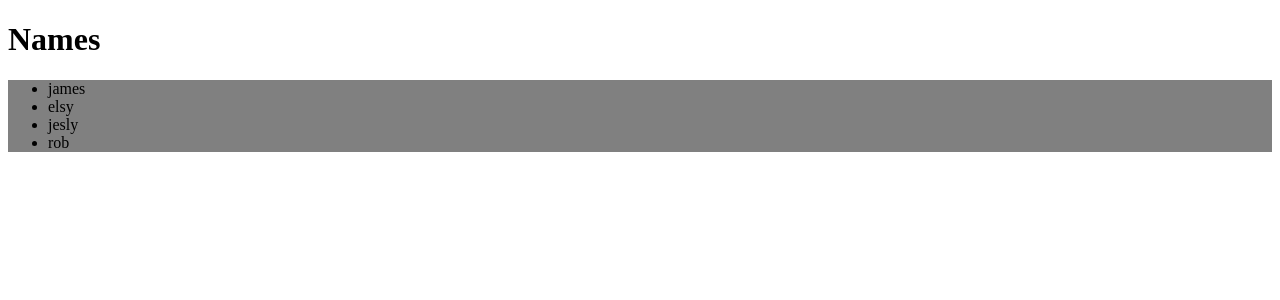
Repository: Akhilanishith/phpprojectgh
Page: http://localhost/names.php
An editor plug-in stored every save of this project. The page is shown before and after a run of saves, followed by the edit.
The browser window is 1280 px wide. The pictures show the whole page.
The page is run by PHP 8.4 with error messages shown; the project is at /var/www/html/.

Above is the page before, as saved 2022-12-14 12:40:31.

### names.php
<?php
$names=['james','elsy', 'jesly','rob',];
?>


<!DOCTYPE html>
<html lang="en">
<head>
    <meta charset="UTF-8">
    <meta http-equiv="X-UA-Compatible" content="IE=edge">
    <meta name="viewport" content="width=device-width, initial-scale=1.0">
    <title>Document</title>
    <style>
        .some-names{
            background-color: navy;
            color: white;
        }
        .more-names{
            background-color: gray;
        }
    </style>
</head>
<body class="">
    <h1>Names</h1>
    <ul class="<?= count($names)> 3 ? 'more-names' : 'some-names' ?>">
        <?php foreach($names as $name){?>
            <li><?=$name ?></li>
            <?php }  ?>


    </ul>


</body>
</html>

After the next 3 saves:
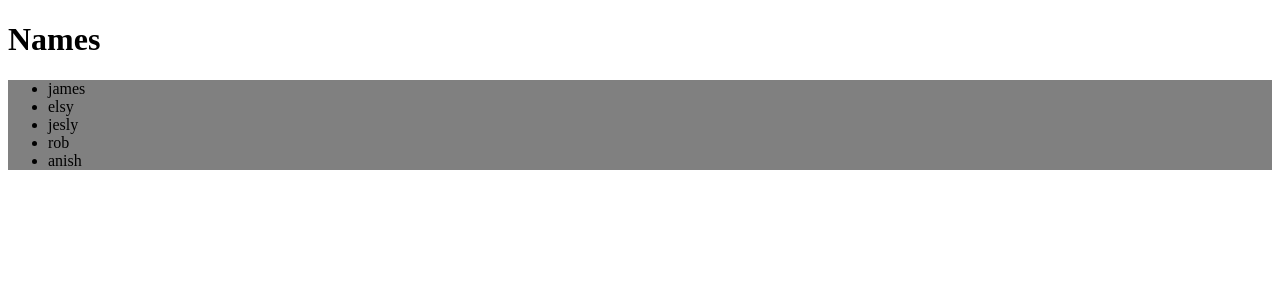
The 3 saves are shown as one change because they came seconds apart.
The last was saved 12 s later.
--- a/names.php
+++ b/names.php
@@ -1,5 +1,5 @@
 <?php
-$names=['james','elsy', 'jesly','rob',];
+$names=['james','elsy', 'jesly','rob','anish',];
 ?>
 
 
